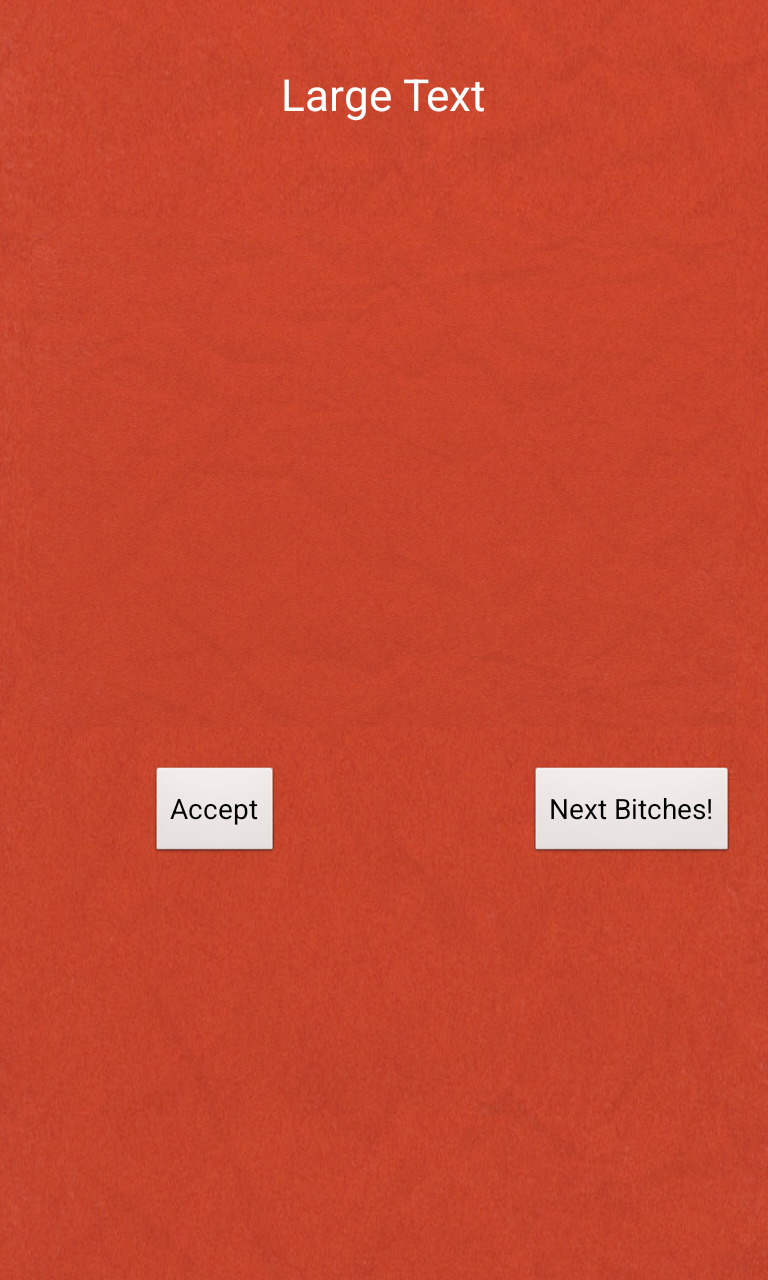
Repository: imhossu/FeedJulia
Layout: FeedJulia/res/layout/activity_place.xml
The author's editor kept a copy of each file at every save. The layout is drawn from the files as they stood at one save, then again after the next save.
Pictures or frames that could not be fetched are drawn as grey boxes. It is drawn on a 768 x 1280 px phone screen (xhdpi) without system bars, with theme android:Theme.NoTitleBar; the app's code is not run.

Above is the layout before, as saved 2014-01-26 05:00:44.

### FeedJulia/res/layout/activity_place.xml
<RelativeLayout xmlns:android="http://schemas.android.com/apk/res/android"
    xmlns:tools="http://schemas.android.com/tools"
    android:layout_width="match_parent"
    android:layout_height="match_parent"
    android:paddingBottom="@dimen/activity_vertical_margin"
    android:paddingLeft="@dimen/activity_horizontal_margin"
    android:paddingRight="@dimen/activity_horizontal_margin"
    android:paddingTop="@dimen/activity_vertical_margin"
    android:background="@drawable/red">
    tools:context=".Place" >

    <TextView
        android:id="@+id/title"
        android:layout_width="wrap_content"
        android:layout_height="wrap_content"
        android:layout_alignParentTop="true"
        android:layout_centerHorizontal="true"
        android:layout_marginTop="16dp"
        android:text="Large Text"
        android:textAppearance="?android:attr/textAppearanceLarge" />

    <ImageView
        android:id="@+id/image"
        android:layout_width="wrap_content"
        android:layout_height="wrap_content"
        android:layout_below="@+id/textView1"
        android:layout_centerHorizontal="true"
        android:src="@drawable/red" />

    <Button
        android:id="@+id/next"
        android:layout_width="wrap_content"
        android:layout_height="wrap_content"
        android:layout_alignBottom="@+id/image"
        android:layout_alignRight="@+id/image"
        android:layout_marginBottom="26dp"
        android:text="Next Bitches!" />

    <Button
        android:id="@+id/accept"
        android:layout_width="wrap_content"
        android:layout_height="wrap_content"
        android:layout_alignBaseline="@+id/next"
        android:layout_alignBottom="@+id/next"
        android:layout_toLeftOf="@+id/title"
        android:text="Accept" />

</RelativeLayout>

Loaded but not shown: FeedJulia/res/values/dimens.xml (common file)

After the next save:
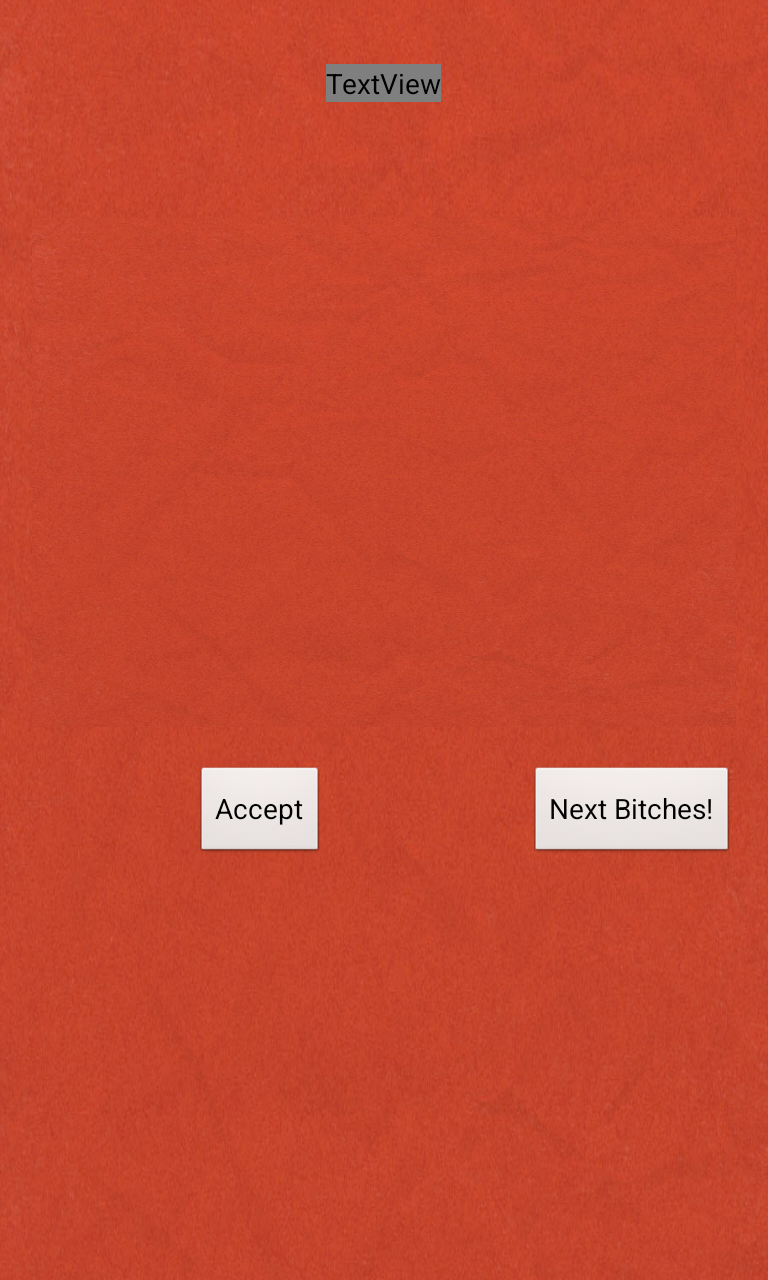
Saved 3 min 9 s later.
--- a/FeedJulia/res/layout/activity_place.xml
+++ b/FeedJulia/res/layout/activity_place.xml
@@ -17,7 +17,9 @@
         android:layout_centerHorizontal="true"
         android:layout_marginTop="16dp"
         android:text="Large Text"
-        android:textAppearance="?android:attr/textAppearanceLarge" />
+        android:textAppearance="?android:attr/textAppearanceLarge"
+        android:textColor="white"/>
+
 
     <ImageView
         android:id="@+id/image"

After the 3 saves that followed:
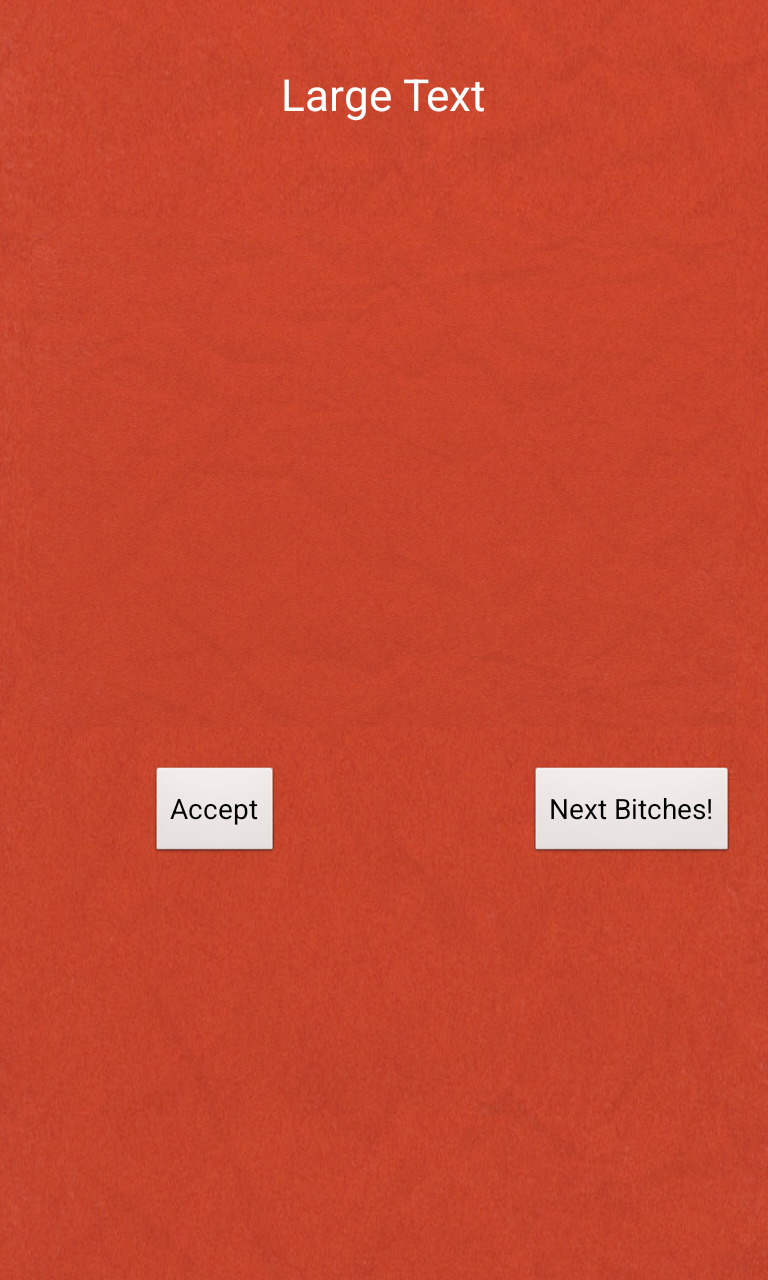
The 3 saves are shown as one change because 1 left the picture as it was and some came seconds apart.
The last was saved 40 s later.
--- a/FeedJulia/res/layout/activity_place.xml
+++ b/FeedJulia/res/layout/activity_place.xml
@@ -18,7 +18,7 @@
         android:layout_marginTop="16dp"
         android:text="Large Text"
         android:textAppearance="?android:attr/textAppearanceLarge"
-        android:textColor="white"/>
+        android:textColor="#ffffff"/>
 
 
     <ImageView
